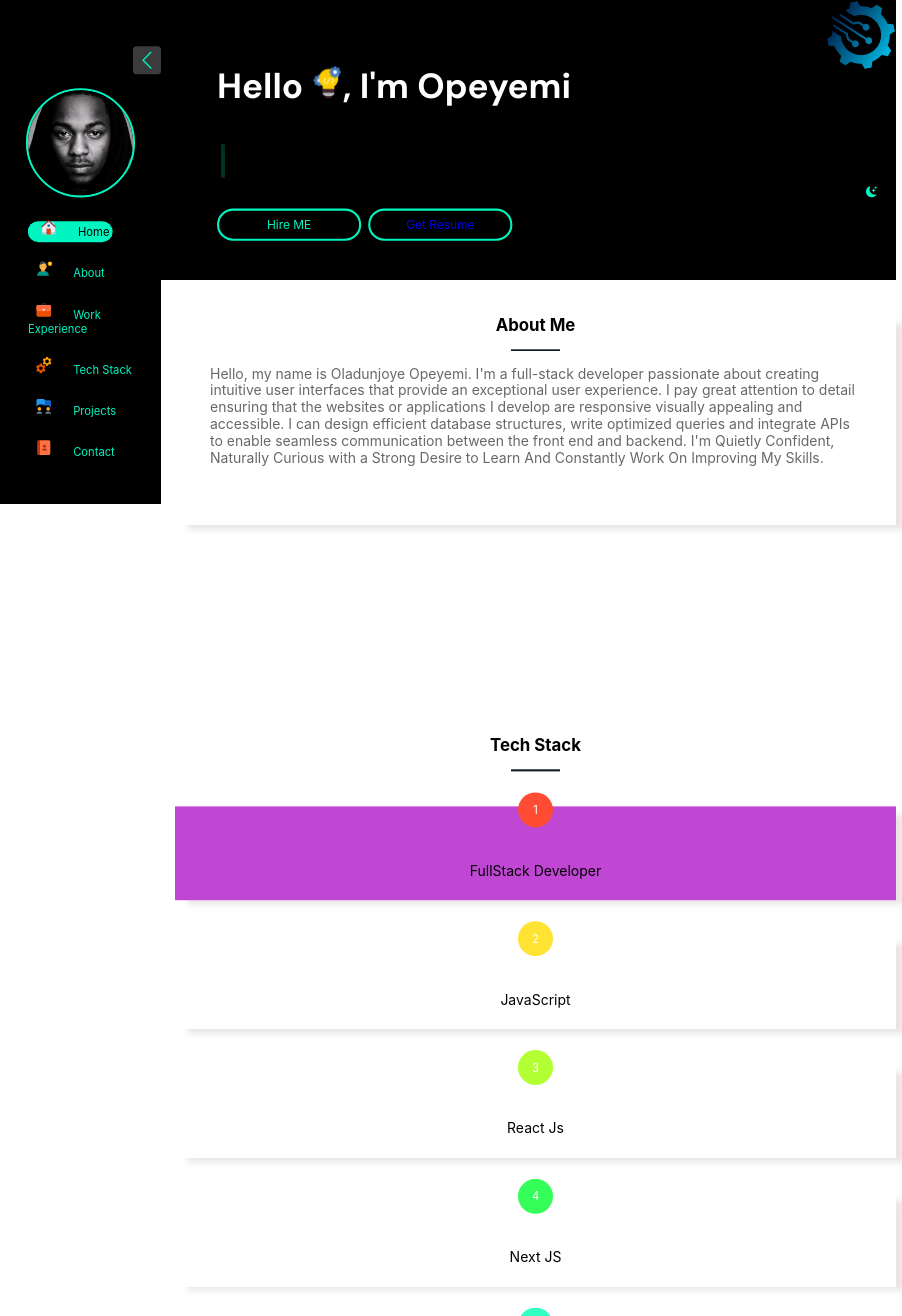
Repository: Laoye99/portfolio
Page: /
The author's editor kept a copy of each file at every save. The page is drawn from the files as they stood at one save, then again after a run of saves.
The browser window is 1280 px wide. The page is 1289 px wide, then 1280 px, so the pictures cover 1289 px, including what lies to the right of the window. The pictures show the part of the page from y = 0 to 1880 px (the page is 2877 px tall), at 70% of full size.
The project was rebuilt for these pictures with package versions that can differ from the ones it lists, and the page was loaded fresh each time. Imported but missing from the stored project, and not drawn on this page: src/components/Home/MyResume.pdf.

Above is the page before, as saved 2024-02-15 14:58:14.

After the next 2 saves:
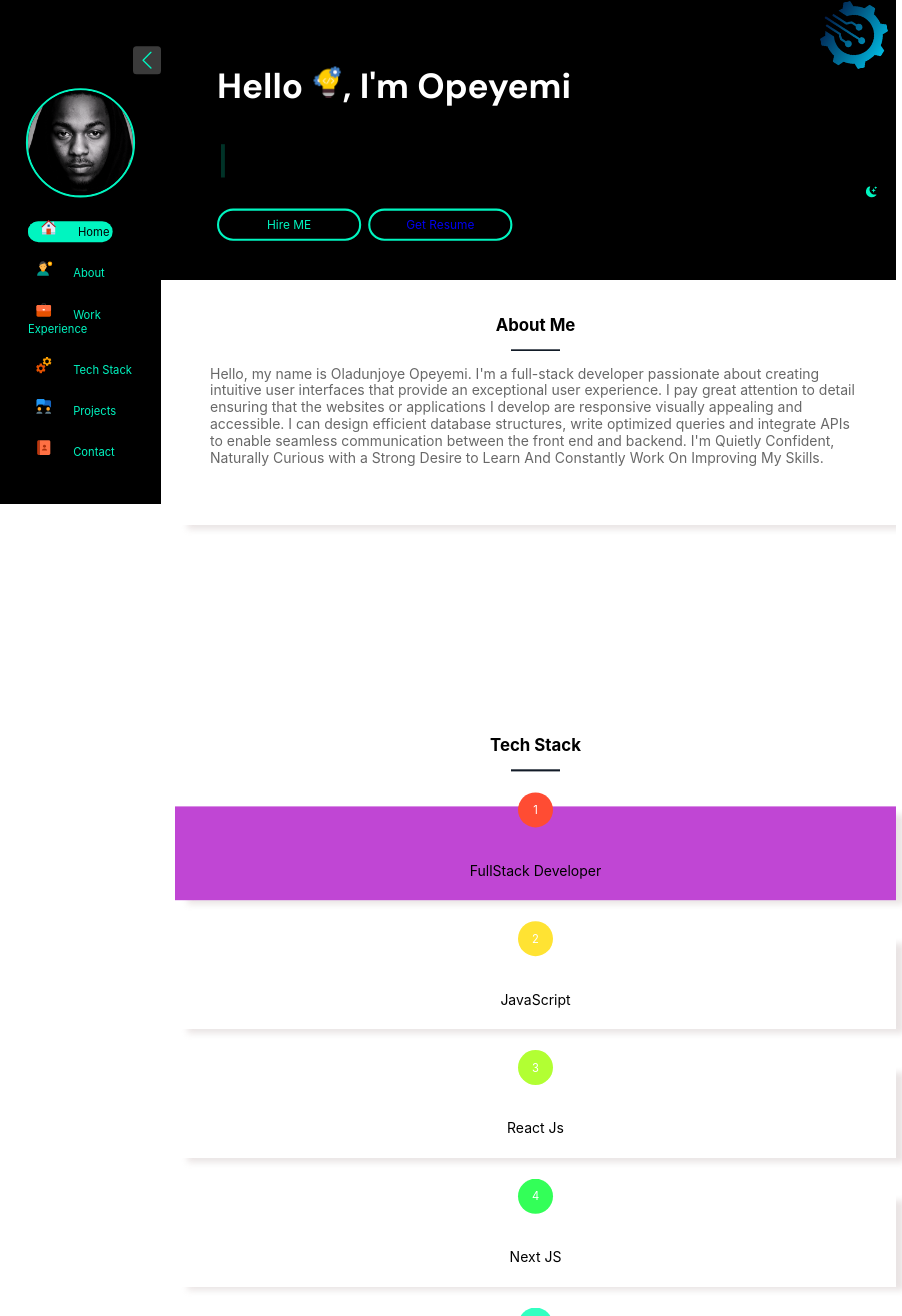
The 2 saves are shown as one change because they came seconds apart.
The last was saved 26 s later.
--- a/src/components/Home/Home.css
+++ b/src/components/Home/Home.css
@@ -84,7 +84,7 @@
 .automation {
   position: absolute;
   top: 0;
-  right: 0;
+  right: 10px;
   height: 100px;
   animation: rotation infinite 5s linear;
 }
